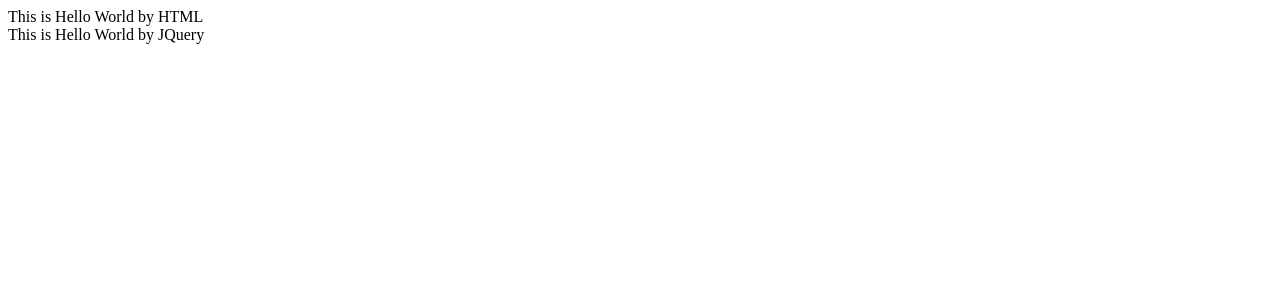
Repository: sudheerj/jQuery
Page: jQueryExamples/chapter01/HelloWorld.html
The author's editor kept a copy of each file at every save. The page is drawn from the files as they stood at one save, then again after the next save.
The browser window is 1280 px wide. The pictures show the whole page.

Above is the page before, as saved 2016-10-20 02:35:06.

### jQueryExamples/chapter01/HelloWorld.html
<html>
<head>
<title>jQuery Hello World</title>

<!--<script type="text/javascript" src="jquery-3.1.1.min.js"></script>-->
<script src="https://ajax.googleapis.com/ajax/libs/jquery/1.12.4/jquery.min.js"></script>

</head>

<body>

<script type="text/javascript">

$(document).ready(function(){
 $("#msgid").html("This is Hello World by JQuery");
});

</script>

This is Hello World by HTML

<div id="msgid">
</div>

</body>
</html>

Loaded but not shown: jQueryExamples/chapter01/jquery-3.1.1.min.js (library)

After the next save:
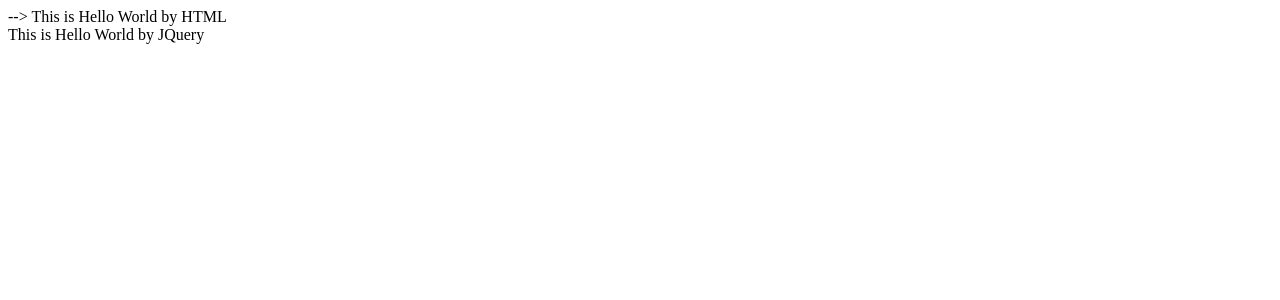
Saved 119 s later.
--- a/jQueryExamples/chapter01/HelloWorld.html
+++ b/jQueryExamples/chapter01/HelloWorld.html
@@ -2,8 +2,8 @@
 <head>
 <title>jQuery Hello World</title>
 
-<!--<script type="text/javascript" src="jquery-3.1.1.min.js"></script>-->
-<script src="https://ajax.googleapis.com/ajax/libs/jquery/1.12.4/jquery.min.js"></script>
+<script type="text/javascript" src="jquery-3.1.1.min.js"></script>-->
+<!--<script src="https://ajax.googleapis.com/ajax/libs/jquery/1.12.4/jquery.min.js"></script>-->
 
 </head>
 

After the 2 saves that followed:
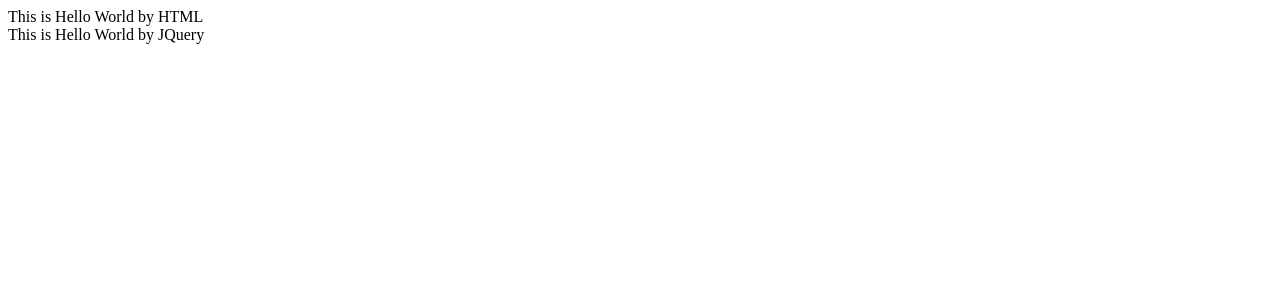
The 2 saves are shown as one change because 1 left the picture as it was.
The last was saved 63 s later.
--- a/jQueryExamples/chapter01/HelloWorld.html
+++ b/jQueryExamples/chapter01/HelloWorld.html
@@ -2,8 +2,9 @@
 <head>
 <title>jQuery Hello World</title>
 
-<script type="text/javascript" src="jquery-3.1.1.min.js"></script>-->
+<script type="text/javascript" src="jquery-3.1.1.min.js"></script>
 <!--<script src="https://ajax.googleapis.com/ajax/libs/jquery/1.12.4/jquery.min.js"></script>-->
+<!--<script src="https://ajax.aspnetcdn.com/ajax/jQuery/jquery-1.12.4.min.js"></script>-->
 
 </head>
 
